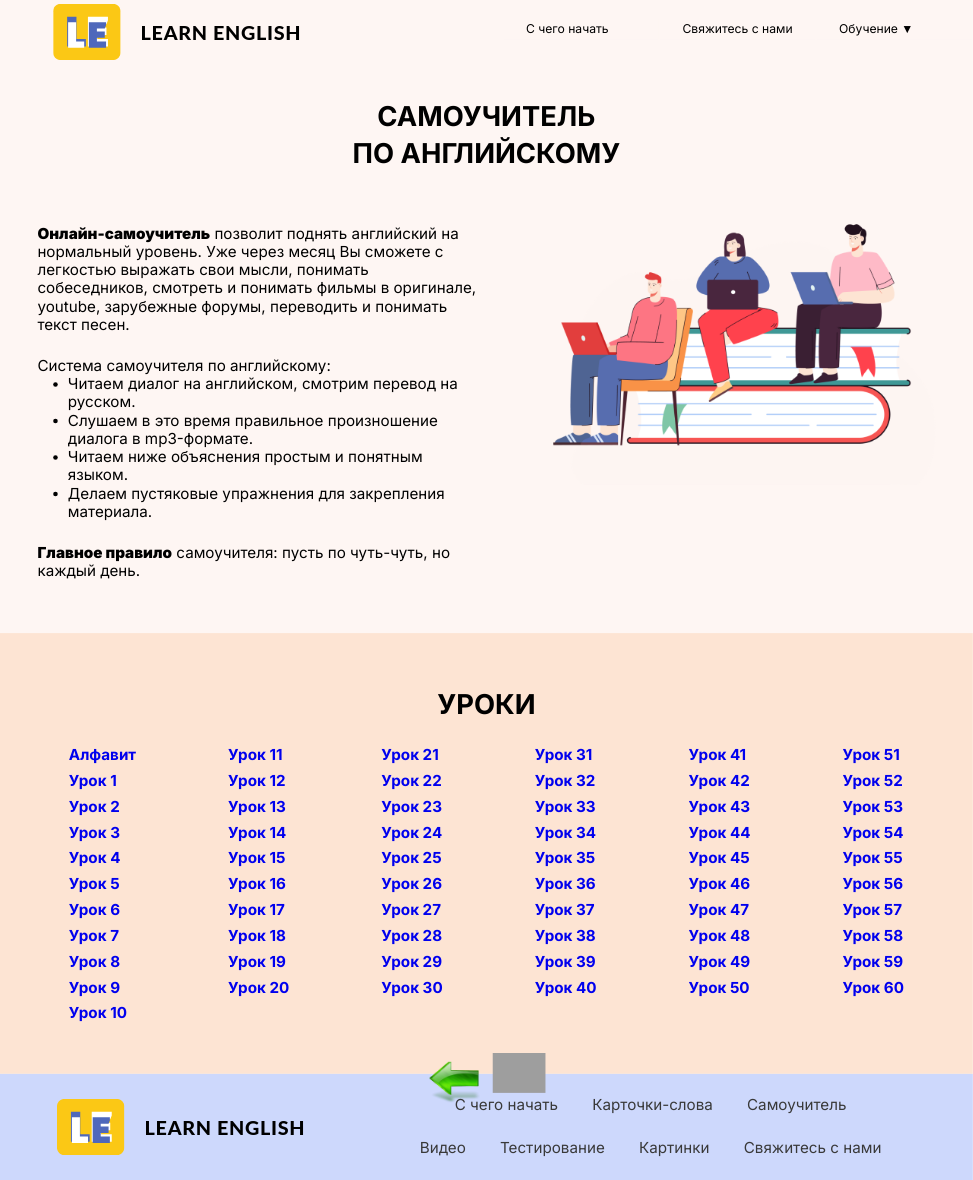
Repository: WladimirVA/Diplom
Page: scool/lesson.html
The author's editor kept a copy of each file at every save. The page is drawn from the files as they stood at one save, then again after the next save.
The browser window is 1280 px wide. The pictures show the whole page, at 76% of full size.
Pictures or frames that could not be fetched are drawn as grey boxes.

Above is the page before, as saved 2023-07-19 17:53:02.

After the next save:
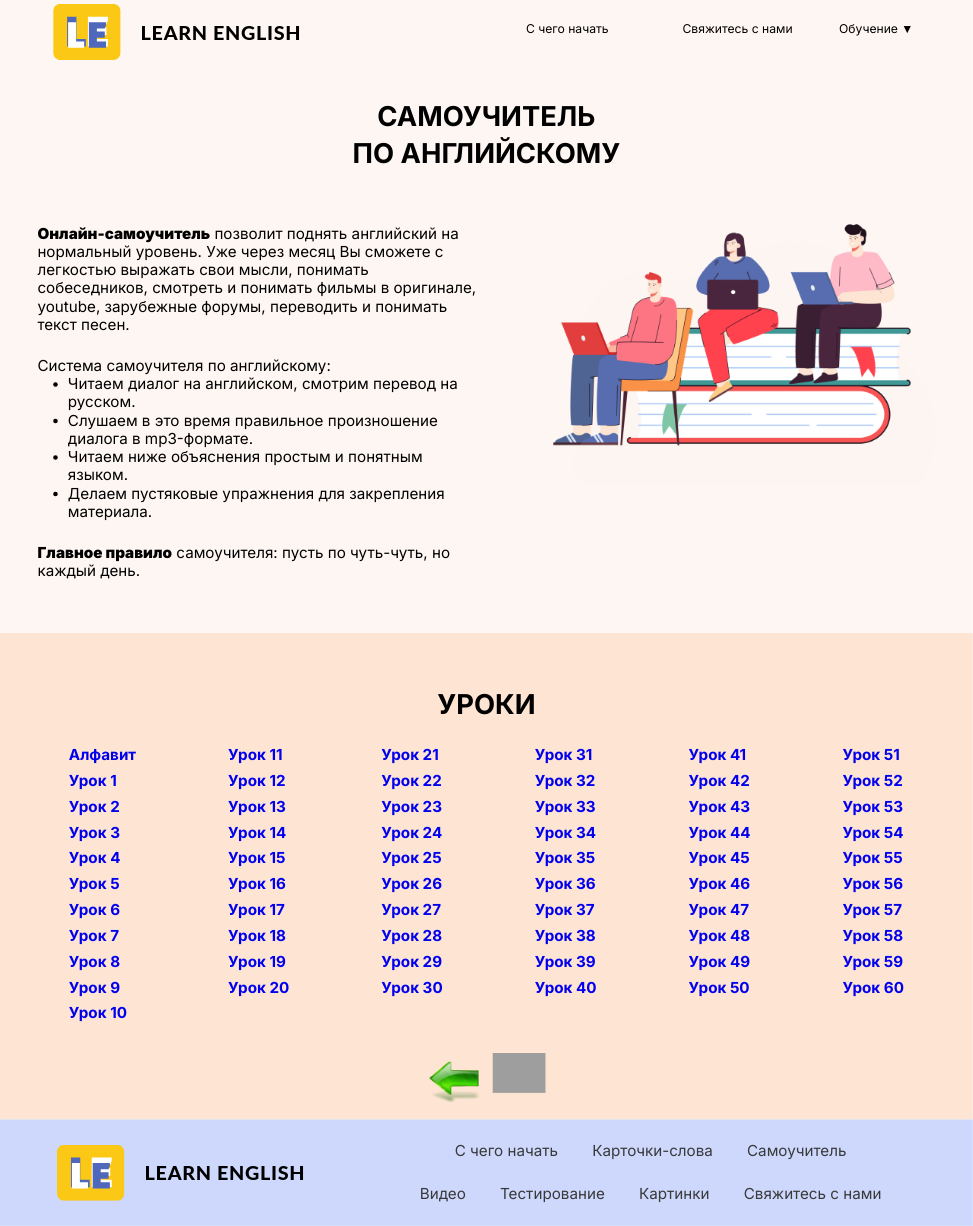
Saved 54 s later.
--- a/scool/css/lesson.css
+++ b/scool/css/lesson.css
@@ -56,7 +56,7 @@
 
 .LESSON {
     background: rgba(253, 228, 211, 1);
-    height: 580px;
+    height: 640px;
 }
 
 .lesson {
